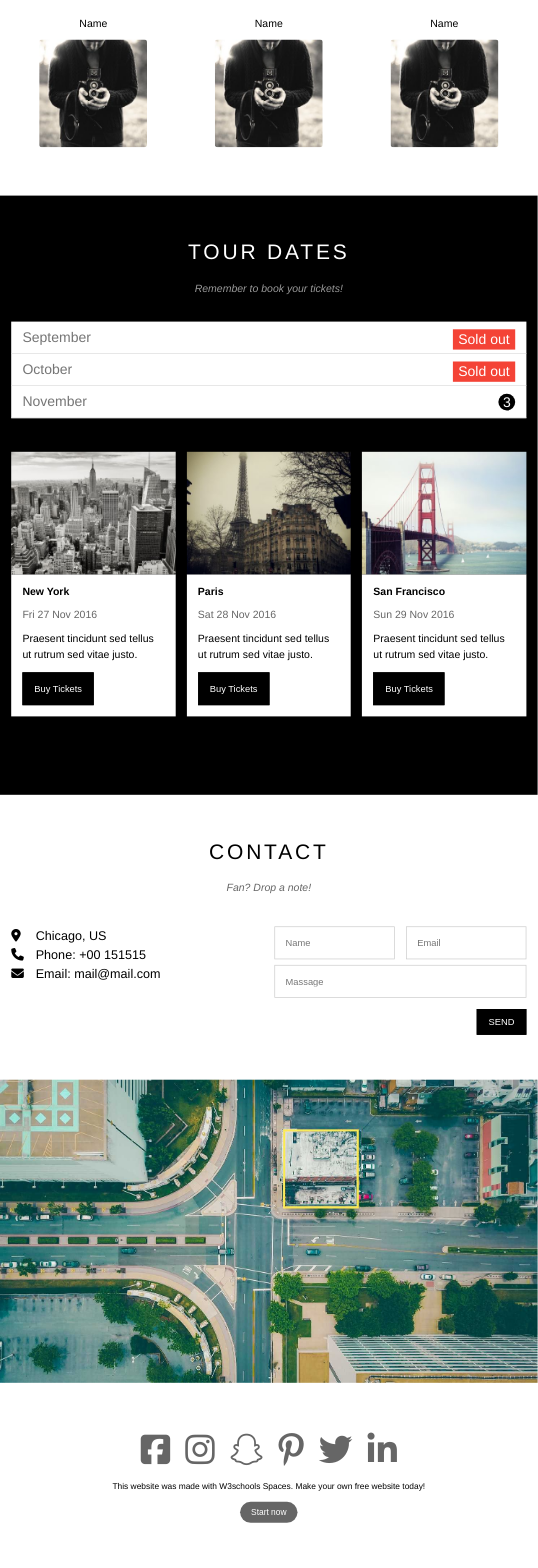
Repository: nugort/nugort.github.io
Page: learing/f8/the-band/index.html
These files come from the project's save history. The page is drawn as it stood at one moment and after the next save; the edit follows.
The browser window is 768 px wide. The pictures show the part of the page from y = 808 to 3048 px (the page is 3048 px tall), at 70% of full size.
Some web libraries are served in a nearby version.

Above is the page before, as saved 2022-03-07 04:43:32.

After the next save:
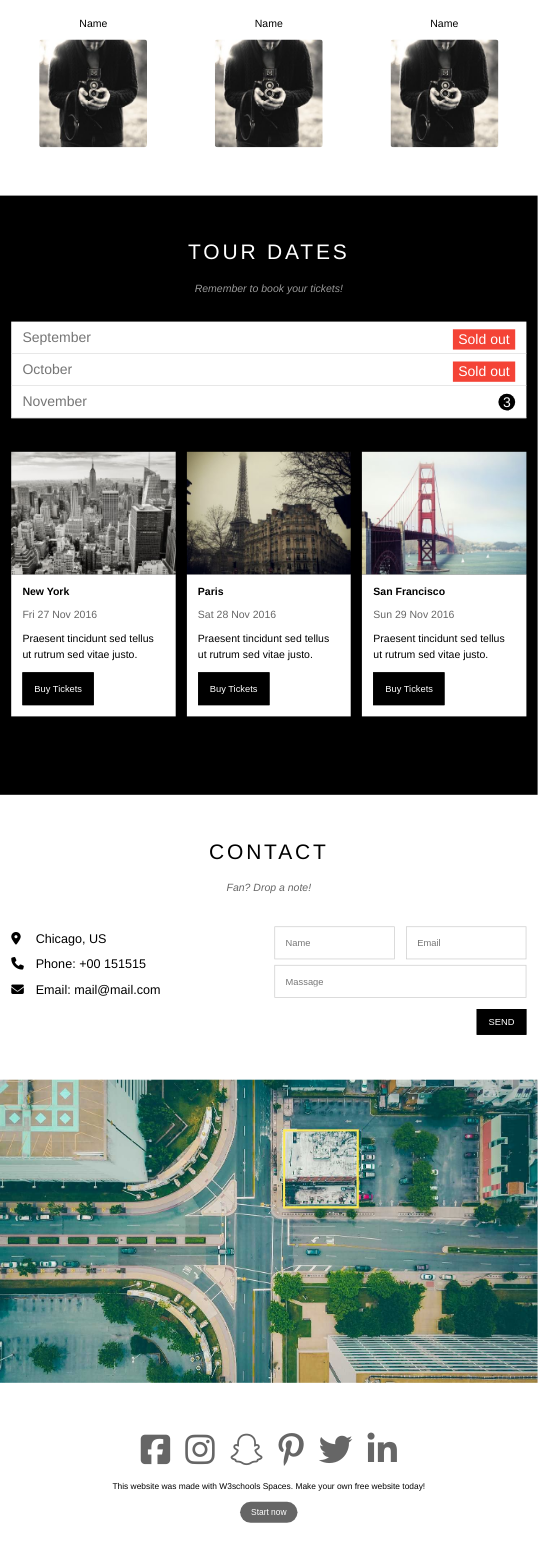
Saved 2 min 26 s later.
--- a/learing/f8/the-band/assets/css/responsive.css
+++ b/learing/f8/the-band/assets/css/responsive.css
@@ -14,6 +14,10 @@
     #footer .social-network a {
         font-size: 48px;
         margin: 0 8px;
+    }
+
+    .contact-form-infor {
+        line-height: 2;
     }
 }
 
